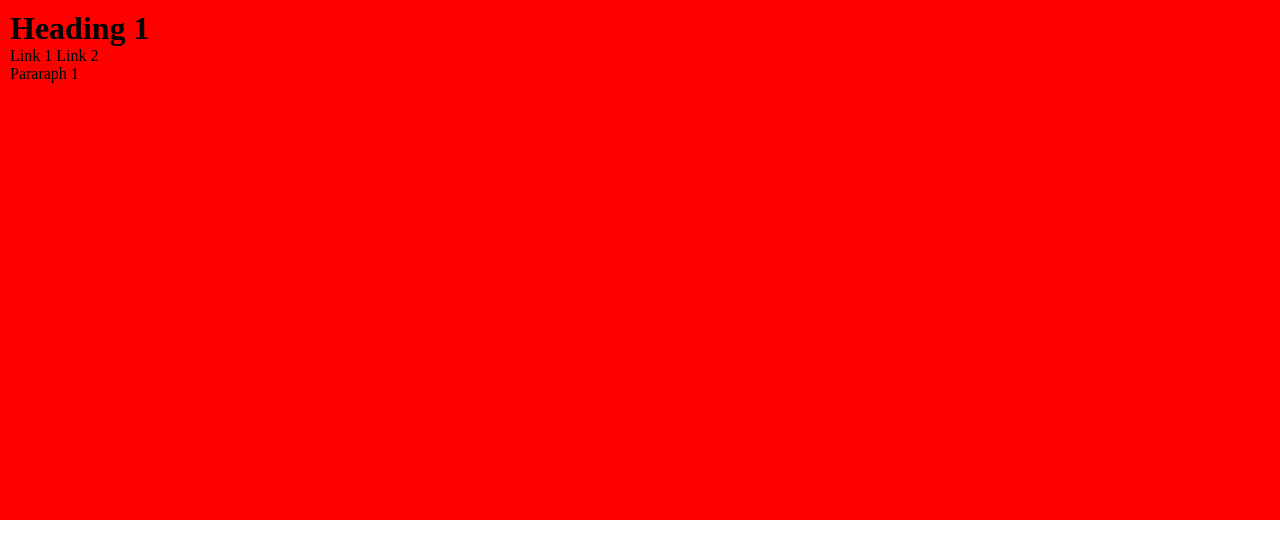
Repository: itz-mohanmadhav-18/Full-stack
Page: Html+css/day-3/flexbox.html
These files come from the project's save history. The page is drawn as it stood at one moment and after the next save; the edit follows.
The browser window is 1280 px wide. The pictures show the whole page.

Above is the page before, as saved 2024-06-14 12:17:57.

After the next save:
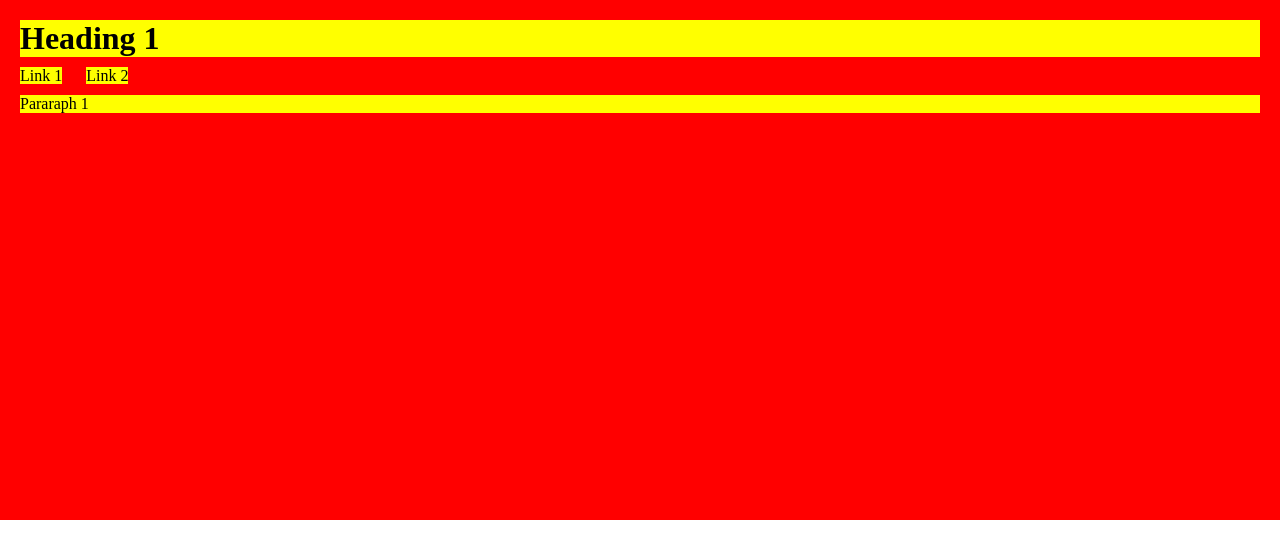
Saved 24 s later.
--- a/Html+css/day-3/flexbox.css
+++ b/Html+css/day-3/flexbox.css
@@ -8,4 +8,7 @@ div{
     height: 500px;
 }
 
-div>*
+div > * {
+    background: yellow;
+    margin: 10px;
+}
